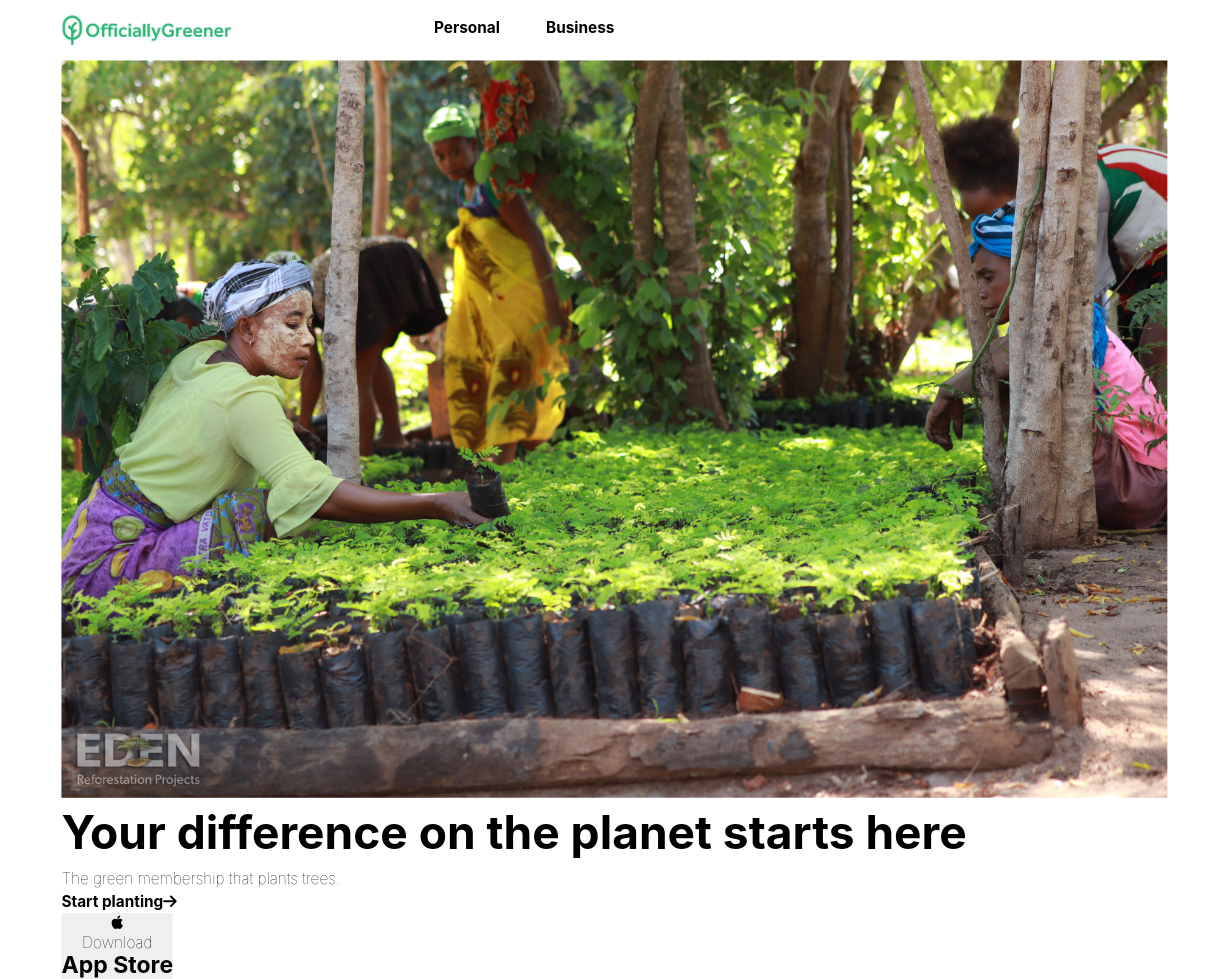
Repository: Sinkycode/Officially-Greener-v2
Page: index.html
The author's editor kept a copy of each file at every save. The page is drawn from the files as they stood at one save, then again after the next save.
The browser window is 1280 px wide. The pictures show the whole page, at 96% of full size.
Some web libraries are served in a nearby version.

Above is the page before, as saved 2023-03-08 15:04:54.

### index.html
<!DOCTYPE html>
<html lang="en">
<head>
  <meta charset="UTF-8">
  <meta http-equiv="X-UA-Compatible" content="IE=edge">
  <meta name="viewport" content="width=device-width, initial-scale=1.0">
  <link rel="stylesheet" href="https://cdnjs.cloudflare.com/ajax/libs/font-awesome/6.3.0/css/all.min.css" integrity="sha512-SzlrxWUlpfuzQ+pcUCosxcglQRNAq/DZjVsC0lE40xsADsfeQoEypE+enwcOiGjk/bSuGGKHEyjSoQ1zVisanQ==" crossorigin="anonymous" referrerpolicy="no-referrer" />

  <link rel="stylesheet" href="style.css">
  <title>Officially Greener</title>
</head>
<body>
  <header>
    <div class="mobile">
      <img src="Logo/Officially Greener Transparent background.png" alt="" class="primary-logo logo">
      <i class="fa-sharp fa-solid fa-bars"></i>
    </div>

    <div class="desktop">
      <img src="Logo/Officially Greener Transparent background.png" alt="" class="primary-logo logo">
      <ul class="primary-nav">
        <li><a href="http://">Personal</a></li>
        <li><a href="http://">Business</a></li>
      </ul>
    </div>

  </header>

  <section id="landing-page">
   <div class="container">
    <div class="landing-page__image">
      <img src="Images/Magagascar.jpg" alt="">
    </div>
    <div class="landing-page__context">
     <div class="texts">
      <h1 class="txt-size-800">Your difference on the planet starts here</h1>
      <p class="gray-para">The green membership that plants trees.</p>
      <a href="#" class="simple-link">Start planting<i class="fa-sharp fa-solid fa-arrow-right"></i></a>
     </div>
     <button class="apple-btn">
      <i class="fa-brands fa-apple"></i>
      <div class="wrap">
        <p>Download</p>
        <h1>App Store</h1>
      </div>
     </button>
    </div>
   </div>
  </section>
  <section id="note"></section>
  <section id="personal"></section>
</body>
</html>

### style.css
:root {
  --neutral-100: hsl(0, 0%, 100%);
  --neutral-200: hsl(0, 0%, 80%);
  --neutral-400: hsl(0, 0%, 40%);
  --neutral-600: hsl(0, 0%, 20%);
  --neutral-800: hsl(0, 0%, 0%);

  --accent: hsl(153, 68%, 42%);

  --txt-size-200: .8rem;
  --txt-size-400: 1rem;
  --txt-size-500: 2rem;
  --txt-size-600: 3rem;
  --txt-size-800: 3.5rem;

}

*, *::after, *::before {
  box-sizing: border-box;
  margin: 0;
  padding: 0;
}

html, body {
  font-family: -apple-system, BlinkMacSystemFont, Segoe UI, Roboto, Oxygen, Ubuntu, Cantarell, Fira Sans, Droid Sans, Helvetica Neue, sans-serif;
  scroll-behavior: smooth;
  overflow-x: hidden;
}

body {
  line-height: 1.5;
  font-size: 16px;
}

/* CUSTOMIZATION */
img {
  max-width: 100%;
  display: block;
}

button, input {
  outline: none;
  border: none;
  /* background: transparent; */
  font-family: inherit;
  font-size: inherit;
  color: inherit;
}

ul, p {
  margin: 0;
  list-style: none;
  font-weight: 2

}

a {
  text-decoration: none;
  color: inherit;
  font-weight: bold;
}

h1,h2,h3 {
  margin: 0;
}

.container {
  max-width: 90%;
  margin: 0 auto;
}

.logo {
  width: clamp(180px, 1rem + 10vw, 300px);
}

.mobile {
  display: none;
}

.desktop {
  display: flex;
  justify-content: space-between;
  padding-block: 1rem;
  padding-inline-start: 4rem;
  width: 50%;
}

.primary-nav {
  display: flex;
  gap: 3rem;
}

.txt-size-800 {
  font-size: 3rem;
}

After the next save:
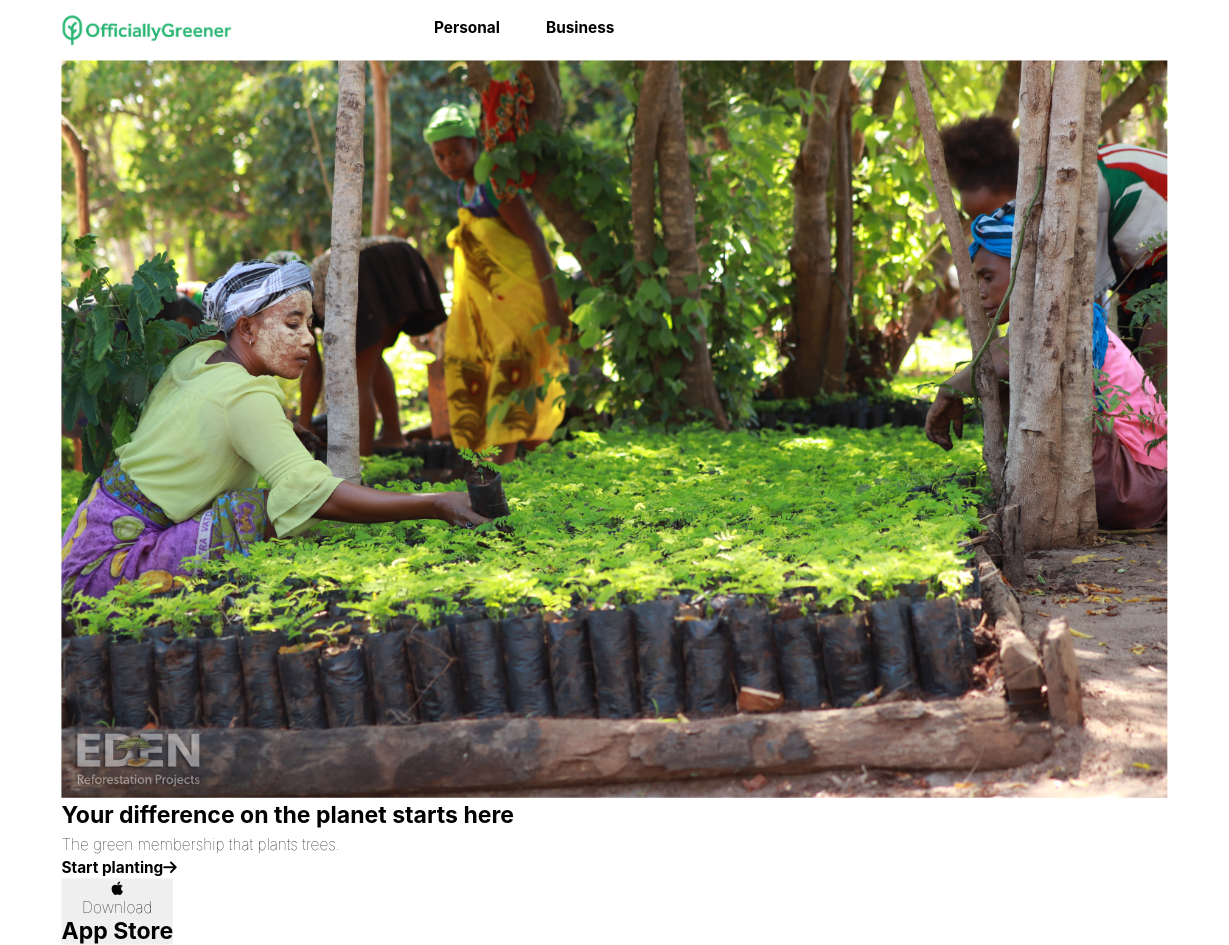
Saved 35 s later.
--- a/index.html
+++ b/index.html
@@ -33,7 +33,7 @@
     </div>
     <div class="landing-page__context">
      <div class="texts">
-      <h1 class="txt-size-800">Your difference on the planet starts here</h1>
+      <h1 class="big-txt">Your difference on the planet starts here</h1>
       <p class="gray-para">The green membership that plants trees.</p>
       <a href="#" class="simple-link">Start planting<i class="fa-sharp fa-solid fa-arrow-right"></i></a>
      </div>
